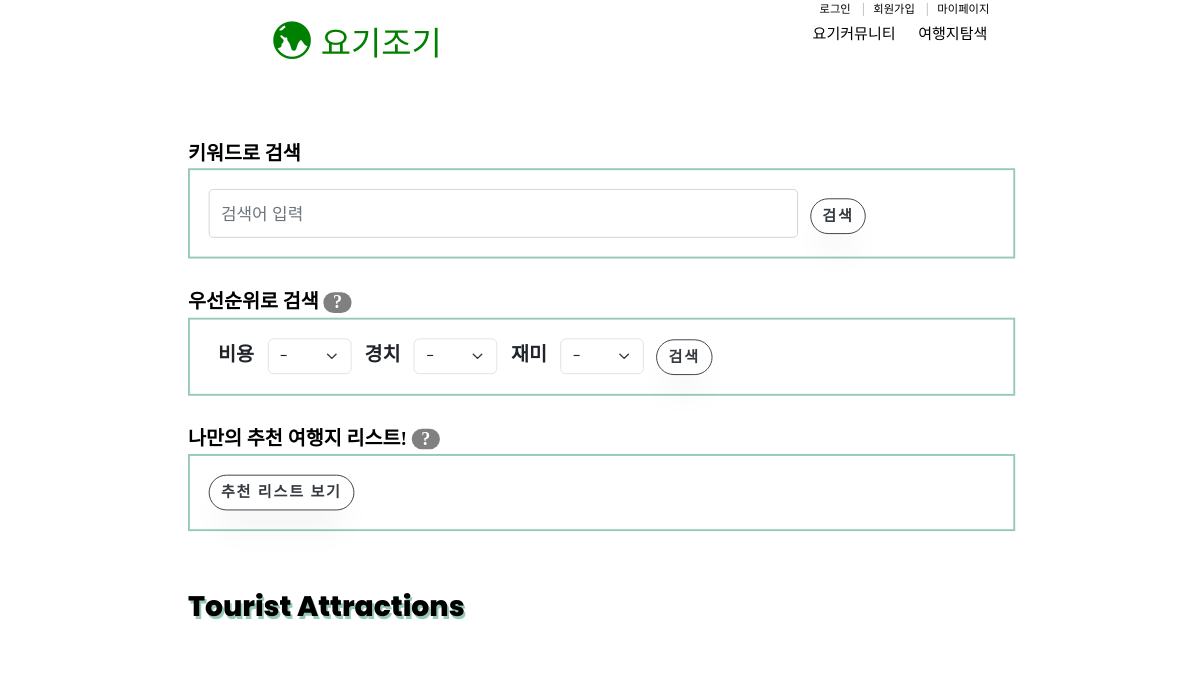
Repository: borikong/yogiproject
Page: http://localhost/yogiproject/Search_main.jsp
The author's editor kept a copy of each file at every save. The page is drawn from the files as they stood at one save, then again after a run of saves.
The browser window is 1280 px wide. The pictures show the whole page, at 94% of full size.
Some icons come from a web library that is not loaded, so they are not drawn. Some web fonts or font styles are not loaded; a fallback is used. Some web libraries are served in a nearby version. The page is served by Tomcat 9. Other server files are loaded and not shown. The template is opened directly, without the code that normally fills it, so the values that code supplies are empty.

Above is the page before, as saved 2023-02-11 17:23:12.
Console error: SyntaxError: Identifier 'navtoggleBtn' has already been declared

### yogiproject/src/main/webapp/Search_main.jsp
<%@ page language="java" contentType="text/html; charset=UTF-8"
	pageEncoding="UTF-8"%>
<!DOCTYPE html>
<html>
<head>
<meta charset="UTF-8">
<link
	href="https://cdn.jsdelivr.net/npm/bootstrap@5.3.0-alpha1/dist/css/bootstrap.min.css"
	rel="stylesheet"
	integrity="sha384-GLhlTQ8iRABdZLl6O3oVMWSktQOp6b7In1Zl3/Jr59b6EGGoI1aFkw7cmDA6j6gD"
	crossorigin="anonymous">
<link href="${pageContext.request.contextPath}/css/search_main.css" rel="stylesheet">
<link rel="stylesheet" href="${pageContext.request.contextPath}/css/style2.css">
<link rel="stylesheet" href="${pageContext.request.contextPath}/css/animate.css">

<title>여행지 조회</title>
</head>

<body data-spy="scroll" data-target=".site-navbar-target"
	data-offset="300">
	<jsp:include page="/navbar/navbar.jsp"></jsp:include>
	<br>
	<br>

	<div class="container">
		<span class="search_head">키워드로 검색</span>&nbsp;

		<form action="GetDestinationList.de" method="post" class="search_form">
			<input class="form-control" type="text" name="keyword"
				placeholder="검색어 입력" aria-label="default input example"
				style="width: 75%; display: inline;"> &nbsp; <input
				class="btn btn-outline-dark" type="submit" id="button-addon2"
				 value="검색">
		</form>


		<br> <span class="search_head">우선순위로 검색&nbsp;<span
			class="tooltip_custom">?<span class="tooltip-content_custom">각
					속성의 우선순위에 따라 가중치를 반영하여 검색합니다. </span></span></span> <br>

		<form action="GetPriorityList.de" method="get" class="search_form">
			<span class="search_sub">비용</span> <select class="form-select"
				name="money" style="width: auto; display: inline;">
				<option selected>-</option>
				<option value="1">1순위</option>
				<option value="2">2순위</option>
				<option value="3">3순위</option>
			</select> <span class="search_sub">경치</span> <select class="form-select"
				name="landscape" style="width: auto; display: inline;">
				<option selected>-</option>
				<option value="1">1순위</option>
				<option value="2">2순위</option>
				<option value="3">3순위</option>
			</select> <span class="search_sub">재미</span> <select class="form-select"
				name="fun" style="width: auto; display: inline;">
				<option selected>-</option>
				<option value="1">1순위</option>
				<option value="2">2순위</option>
				<option value="3">3순위</option>
			</select> &nbsp;
			<button class="btn btn-outline-dark" type="submit"
				>검색</button>
		</form>

		<br> <span class="search_head">나만의 추천 여행지 리스트!&nbsp;<span
			class="tooltip_custom">?<span class="tooltip-content_custom">각
					속성의 우선순위에 따라 가중치를 반영하여 검색합니다. </span></span></span> <br>
		<form action="RecommandList.de" method="get" class="search_form">
			<button class="btn btn-outline-dark" type="submit"
				>추천 리스트 보기</button>
		</form>
	</div>
	<br>
	<br>


	<div class="container">
		<h2 class="heading">Tourist Attractions</h2>
		<jsp:include page="/search/SearchItem.jsp"></jsp:include>
	</div>


	<!-- loader -->
	<div id="ftco-loader" class="show fullscreen">
		<svg class="circular" width="48px" height="48px">
			<circle class="path-bg" cx="24" cy="24" r="22" fill="none"
				stroke-width="4" stroke="#eeeeee" />
			<circle class="path" cx="24" cy="24" r="22" fill="none"
				stroke-width="4" stroke-miterlimit="10" stroke="#F96D00" />
		</svg>
	</div>




</body>
</html>

<script
	src="https://cdn.jsdelivr.net/npm/bootstrap@5.3.0-alpha1/dist/js/bootstrap.bundle.min.js"
	integrity="sha384-w76AqPfDkMBDXo30jS1Sgez6pr3x5MlQ1ZAGC+nuZB+EYdgRZgiwxhTBTkF7CXvN"
	crossorigin="anonymous"></script>

### yogiproject/src/main/webapp/navbar/navbar.jsp
<%@ page language="java" contentType="text/html; charset=UTF-8"
	pageEncoding="UTF-8"%>

<!-- 헤더라인 -->
<link rel="stylesheet" href="${pageContext.request.contextPath}/css/Header.css" />
<script src="${pageContext.request.contextPath}/js/Header.js" defer></script>
<link rel="stylesheet" href="${pageContext.request.contextPath}/css/Header.css" />
<script src="${pageContext.request.contextPath}//js/Header.js" defer></script>
<link rel="stylesheet"
	href="https://cdn.jsdelivr.net/npm/bootstrap-icons@1.10.3/font/bootstrap-icons.css">
<link
	href="https://fonts.googleapis.com/css2?family=Jua&family=Kiwi+Maru&display=swap"
	rel="stylesheet">
<link
	href="https://fonts.googleapis.com/css2?family=Kiwi+Maru&display=swap"
	rel="stylesheet">
<script src="https://kit.fontawesome.com/3e7bdacc74.js"
	crossorigin="anonymous"></script>

<!-- 헤더 -->
<!-- nav_menu로 이름 수정하고 a태그에 nav_a 클래스 추가, css파일변경 -->
<div class="nav_menu">
	<ul style="list-style-type: none">
		<li style="display: inline"><a class="nav_a" href="">로그인</a></li>
		<li style="display: inline"><a class="nav_a" href="">회원가입</a></li>
		<li style="display: inline"><a class="nav_a" href="">마이페이지</a></li>
	</ul>
</div>
<nav class="navbar_yogi">
	<!-- 헤드바  -->

	<div class="navbar_logo">
		<!-- 로고 -->
		<i class="bi bi-globe-central-south-asia"></i>
		<!-- 로고 아이콘 -->
		<a href="">요기조기</a>
		<!-- 로고 눌렀을 때 사이트로 이동 -->
	</div>

	<div class="search_box">
		<!-- 검색창 -->
		<input class="search_txt" type="text" name="" placeholder="검색...">
		<!-- text형식으로 비어있을 땐 검색...보이게 설정 -->
		<a class="search_btn" href="#"> <i class="bi bi-search"></i>
		</a>
	</div>

	<ul class="navbar_menu">
		<!-- 메뉴 -->
		<li><a class="nav_a" href="">요기커뮤니티</a></li>
		<li><a class="nav_a" href="">여행지탐색</a></li>
	</ul>

	<a href="#" class="navbar_toggleBtn"> <!-- 화면 작을 때의 토글바 --> <!-- href에 #을 넣지 않으면 계속 창이 다시 열리게되니 주의 -->
		<i class="bi bi-list"></i>
	</a>
</nav>

### yogiproject/src/main/webapp/search/SearchItem.jsp
<%@page import="java.util.*, net.dest.db.*"%>
<%@ page language="java" contentType="text/html; charset=UTF-8"
	pageEncoding="UTF-8"%>

<link
	href="https://fonts.googleapis.com/css?family=Poppins:100,200,300,400,500,600,700,800,900"
	rel="stylesheet">

<%
request.setCharacterEncoding("utf-8");

Vector<DestVO> list = (Vector<DestVO>) request.getAttribute("destList");
if (list != null) {
	for (int i = 0; i < list.size(); i++) {
		DestVO vo = list.elementAt(i);
		String summary=vo.getDEST_CONTENT();
		if(summary.length()>190){
			summary=summary.substring(0,190);}
%>


<div class="resume-wrap d-flex ftco-animate">
	<div class="text pl-3">

		<!-- 		여행지 이미지 -->
		<img src="<%=vo.getDEST_IMG()%>" class="rounded float-start"
			alt="destimg" id="dest_img" width="400px">

		<!-- 클릭시 여행지 상세페이지 -->
		<form action="GetDestDetailView.de" id="viewForm">
			<input type="hidden" name="dest_name" value="<%=vo.getDEST_NAME()%>">
			<h2 onclick="document.getElementById('viewForm').submit()" id="dest_select">
				<span class="rgyBadge"><%=vo.getDEST_COUNTRY()%></span>&nbsp;<span id="dest_name"><%=vo.getDEST_NAME()%></span>&nbsp;&nbsp;<span
					class="date" id="name_eng"><%=vo.getDEST_NAME_ENG()%></span>
			</h2>
		</form>


		<div>
			<span class="position">비용</span>
			<progress value="<%=vo.getDEST_MONEY() * 100%>" max="100" id="pg"></progress>
		</div>
		<div>
			<span class="position">경치</span>
			<progress value="<%=vo.getDEST_LANDSCAPE() * 100%>" max="100" id="pg"></progress>
		</div>
		<div>
			<span class="position">재미</span>
			<progress value="<%=vo.getDEST_FUN() * 100%>" max="100" id="pg"></progress>
		</div>

		<%-- 				<jsp:include page="pgbar.jsp"></jsp:include> --%>
		<p id="content_preview"><%=summary%>...</p>

<!-- 		하트찜 -->
		<div>
			<a href="javascript:;" class="icon2 heart">&nbsp;&nbsp;
				<img src="https://cdn-icons-png.flaticon.com/512/812/812327.png" alt="찜하기">&nbsp;&nbsp;&nbsp;
			</a>
		</div>
	</div>
</div>


<%
}//end for
}//end if
%>

<script src="${pageContext.request.contextPath}/js/jquery.min.js"></script>
<script src="${pageContext.request.contextPath}/js/jquery-migrate-3.0.1.min.js"></script>
<script src="${pageContext.request.contextPath}/js/jquery.easing.1.3.js"></script>
<script src="${pageContext.request.contextPath}/js/jquery.waypoints.min.js"></script>
<script src="${pageContext.request.contextPath}/js/jquery.stellar.min.js"></script>
<script src="${pageContext.request.contextPath}/js/owl.carousel.min.js"></script>
<script src="${pageContext.request.contextPath}/js/jquery.magnific-popup.min.js"></script>
<script src="${pageContext.request.contextPath}/js/aos.js"></script>
<script src="${pageContext.request.contextPath}/js/jquery.animateNumber.min.js"></script>
<script src="${pageContext.request.contextPath}/js/scrollax.min.js"></script>
<script src="${pageContext.request.contextPath}/js/main.js"></script>
<script>
	$(function() {
		var $likeBtn = $('.icon2.heart');

		$likeBtn
				.click(function() {
					$likeBtn.toggleClass('active');

					if ($likeBtn.hasClass('active')) {
						$(this)
								.find('img')
								.attr(
										{
											'src' : 'https://cdn-icons-png.flaticon.com/512/803/803087.png',
											alt : '찜하기 완료'
										});

					} else {
						$(this).find('i').removeClass('fas').addClass('far')
						$(this)
								.find('img')
								.attr(
										{
											'src' : 'https://cdn-icons-png.flaticon.com/512/812/812327.png',
											alt : "찜하기"
										})
					}
				})
	})
</script>

### yogiproject/src/main/webapp/css/search_main.css
@charset "UTF-8";

.search_head {
	font: bold 1.3rem TmonMonsori;
	/* 	color : #234884; */
	color: black;
}

.search_sub {
	font: bold 1.3rem TmonMonsori;
	padding-left: 10px;
	padding-right: 10px
}

/* 검색창 테두리 */
.search_form {
	padding: 20px;
	border: 2px solid #96C9B7;
}

/* 프로그래스 바  */
progress {
	-webkit-appearance: none;
}

::-webkit-progress-bar {
	border-radius: 9px;
	background-color: #BDDAC9;
}

::-webkit-progress-value {
	border-radius: 9px;
	background-color: #2EA26B;
}

/* 여행지 이름에 마우스 over */
h2#dest_select:hover{
	color:#3e64ff;
	cursor: pointer;
}

#dest_img {
	margin-right: 20px;
	position:relative;
}

/* 여행지 국가 배지 */
.rgyBadge{
	display: inline-block;
	padding: 2px 5px;
	border-radius: 13px;
	color: #000;
	vertical-align: middle;
	font-weight: bold;
	font-size: 1.1rem; /* 배지 폰트 크기 */
	background-color: #F2CB61; /* 배지 색상 */
}

/* 글자 그림자 효과 */
.heading {
	text-shadow: 2px 3px 0 #96C9B7;
	font-weight: 800;
    font-size: 30px;
    margin-bottom: 30px;
    color: #000000;
}

/* view페이지 label */
.view_lable {
	font-weight: 800;
	font-size: 30px;
	margin-bottom: 30px;
	color: #000000;
}

.deep_hr {
	opacity: 1;
}

/* 툴팁:임시 */
.tooltip_custom {
	font-size:1.2rem;
	position: relative;
	display: inline-block;
	background-color: gray;
	border-radius: 15px;
	padding-right: 10px;
	padding-left: 10px;
	color:white;
}

.tooltip_custom  .tooltip-content_custom {
	font-size:0.9rem;
	visibility: hidden;
	width: 450px;
	background-color: #237BFB;
	padding:0;
	color: white;
	text-align: center;
	position: absolute;
	z-index: 1;
	border-radius: 9px;
	margin-left:20px;
/* 	margin-top: 10px; */
}

.tooltip_custom:hover .tooltip-content_custom {
	visibility: visible;
}

a {
  text-decoration:none; color:inherit; cursor: pointer;

}

/* 하트찜 이미지 */
 .right_area .icon2{
    display: flex;
    align-items: center;
    justify-content: center;
    width: calc(100vw * (45 / 1920));
    height: calc(100vw * (45 / 1920));
    border-radius: 50%;
    border: solid 2px #eaeaea;
    background-color: #fff;


}

.icon2.heart img{
    width: calc(100vw * (24 / 1920));
    height: calc(100vw * (24 / 1920));
}

.heart{
    transform-origin: center;
    background-color: rgba(255, 255, 255, 0.8);
	position: absolute; top: 15px; left: 32px; border-radius: 15px;
}
/* 하트찜 애니메이션 */
.heart.active img{
    animation: animateHeart .3s linear forwards;
}

@keyframes animateHeart{
    0%{transform:scale(.2);}
    40%{transform:scale(1.2);}
    100%{transform:scale(1);}
  }

.icon2.heart.fas{
  color:red
}

/* 컨텐츠 미리보기 글자 회색 */
#content_preview, #dest_content{
	color: #999999;
}

/* 비용 경치 재미 글자 */
.position{
	font-size: 18px;
    font-weight: 700;
    color: #000000;
}

/* 상세페이지 여행지 이미지 */
#detail_img{
	width: 18rem;
	margin-right: 1rem;
}

button, input{
	font-size: 1.0rem;
	font-weight: 600;
}

/* .img-thumbnail { */
/*     padding: 0.25rem; */
/*     background-color: #fff; */
/*     border: 1px solid #dee2e6; */
/*     border-radius: 0.25rem; */
/*     max-width: 100%; */
/*     height: auto; */
/* } */

### yogiproject/src/main/webapp/css/Header.css
@charset "UTF-8";

@font-face { /* 요기조기 타이틀 폰트 */
    font-family: 'HSSummer';
    src: url('https://cdn.jsdelivr.net/gh/projectnoonnu/noonfonts_one@1.0/HSSummer.woff') format('woff');
    font-weight: normal;
    font-style: normal;
}

@font-face { /* 메뉴바 폰트 */
    font-family: 'ONE-Mobile-Title';
    src: url('https://cdn.jsdelivr.net/gh/projectnoonnu/noonfonts_2105_2@1.0/ONE-Mobile-Title.woff') format('woff');
    font-weight: normal;
    font-style: normal;
}

body {
	margin: 0; /* 바 사이드 공백 제거 */
}

.nav_a { /* 바 내에 있는 글자구성 */
	text-decoration: none; 			/* 텍스트 밑줄 제거 */
	color: black;					/* 글자색 */
}

.navbar_yogi { /* 바 전체구성 */
	display: flex;					/* 플렉스로 보이게하기 */
	justify-content: space-between;	/* 왼쪽 오른쪽 정렬 */
	align-items: center;			/* 수직축 방향 정렬 */
	background-color: white;		/* 배경색 */
	padding: 8px 17%;				/* 위 8px 옆 250px 공백 */
}

.navbar_logo { /* 바 로고라인 */
	font-size: 40px;				/* 로고 사이즈 */
	color: green;					/* 로고 색상 */
	padding-left: 73px;
}

.navbar_logo a { /* 바 요기조기 */
	font-family: 'HSSummer', sans-serif;	/* 요기조기 글 스타일 변경 */
	font-size: 35px;						/* 요기조기 글 사이즈 */
	color: green;							/* 요기조기 글 색상 */
}

.navbar_menu {	/* 오른쪽 메뉴바 */
	font-family: 'ONE-Mobile-Title', serif;	/* 오른쪽 메뉴바 글 스타일 변경*/
	display: flex;							/* 오른쪽 메뉴바 플렉스로 변경*/
	list-style: none;						/* 리스트 형식이기 때문에 · 있는거 지워주기  */
	padding-left: 0;						/* 메뉴에 있는 여백 지워주기 */
}

.navbar_menu li { /* 메뉴바에 있는 리스트 꾸미기 */
	padding: 8px 12px;				/* 리스트들 사이의 공간할당 */
}

.navbar_menu li:hover {	/* 마우스 올렸을 때 변화 */
	background-color: palegreen;		/* 올렸을 때 색 */
	border-radius: 5px;					/* 올렸을 때 테두리 굴곡 */
}

.navbar_toggleBtn {	/* 메뉴 열고 닫는 토글 설정 */
	display: none;						/* 기본 창사이즈일 경우 토글버튼 나오지 않게 함 */
	position: absolute;					/* 기존 navbar 설정에서 벗어나 자기만의 값으로 설정 */
	right: 32px;						/* 토글을 왼쪽 상단에서 오른쪽 상단으로 이동 */
	font-size: 40px;					/* 토글 사이즈 설정 */
	color: green;
}

@media screen and (max-width: 1150px){ 	/* 바 반응형 레이아웃으로 설정 */
	.navbar_yogi {							/* 바 형식 변환 */
		flex-direction: column;			/* max-width 설정 값보다 낮아지면 column 형식으로 변환 */
		align-items: flex-start;		/* 수평에서 가운데가 아닌 왼쪽으로 놓기 위해 설정 */
		padding: 8px 24px;				/* 이걸 설정하지 않으면 hover가 너무 꽉 채우기 때문에 여유공간할당 */
	}

	.navbar_menu {						/* 바 메뉴 형식 변환 */
		display: none;					/* 화면이 작아졌을 때 바로 메뉴 안 보이게 설정 */
		flex-direction: column;			/* 메뉴도 설정 값보다 낮아지면 column 형식으로 변환 */
		align-items: center;			/* 가운데에 오도록 설정 */
		width: 100%;					/* 기본적으로 메뉴자체 너비가 작기 때문에 설정해줘야 가운데로 이동됨 */
	}

	.navbar_menu li {					/* 메뉴에 마우스 올렸을 때 화면에 꽉차게 설정 */
		width: 100%;					/* 너비를 꽉 채워줌 */
		text-align: center;				/* 텍스트는 너비를 설정하게 되면 왼쪽으로 붙기 때문에 별도 설정필요 */
	}

	.navbar_toggleBtn {					/* 토글 설정 */
		display: block;					/* block 형식으로 설정 */
	}

	.navbar_menu.active {				/* 메뉴 active 확인 */
		display: flex;					/* 토글이 설정되었다면 flex로 보여줌 */
	}

	.nav_menu {
		display: none;
	}
}


.search_box {	/* 검색바 전체구성 */
	padding: 10px;						/* 여백설정 */
	position: absolute;					/* 단독행동 */
	top: 28px;							/* 상단으로부터의 간격설정 */
	left: 33%;						/* 오른쪽에서부터 얼마나 떨어져있을지 설정 */
	border-radius: 50px;				/* 테두리 굴곡 */
	border: 1px solid green;			/* 테두리 값 설정 */
	transition: .5s;					/* 애니메이션 속도 0.5초로 설정 */

}

.search_box:hover {	/* 검색바에 마우스 올렸을 때 효과 */
	box-shadow: 0 0 .5px 1px green;		/* 그림자효과 가로위치 0, 세로위치 0, blur(흐릿함) 0.5, spread(양수=그림자확장, 음수=그림자축소), 색상 연두색 */
}

.search_txt {	/* 검색창 설정 */
	padding: 0;				/* 여백 0 */
	width: 0px;				/* 너비 0 */
	border: none;			/* 테두리 0 */
	outline: none;			/* 바깥선 0 */
	float: left;			/* 왼쪽에 띄워놓기 */
	font-size: 1rem;		/* 폰트사이즈를 1배로 생성 */
	line-height: 15px;		/* 텍스트 라인 높이 설정 */
	transition: .4s;		/* 애니메이션 속도 0.4초로 설정 */
}

.search_box:hover > .search_txt {	/* search_box에 마우스를 올렸을 때 search_txt 값 변경 */
	padding:  0 6px;
	width: 450px;
}


.search_btn {
	text-decoration: none;	/* 선으로 텍스트를 꾸밀 수 있게해줌 */
	display: flex;			/* 플렉스로 설정 */
	justify-content: center;/* 플렉스 요소의 수평방향 정렬 방식 설정 */
	align-items: center;	/* 수직방향 가운데로 설정 */
	width: 15px;
	height: 15px;
	border-radius: 30px;
}

.nav_menu ul {
	font-family: 'ONE-Mobile-Title', serif;
	font-size: 12px;
	position: absolute;
	list-style-type: none;
	right:17%;

}

.nav_menu ul li {
	display: inline;
	border-left: 1px solid #c0c0c0;
	padding: 0px 10px 0px 10px;
	margin: 5px 0px 5px 0px;
}

.nav_menu ul li:first-child {
	border-left: none;
}

@media screen and (max-width: 1550px){
	.search_box {
		display: none;
	}
}

### yogiproject/src/main/webapp/js/Header.js
const navtoggleBtn = document.querySelector('.navbar_toggleBtn');	// js파일에 토글버튼 연결 객체 생성
const menu = document.querySelector('.navbar_menu');		// 마찬가지로 메뉴 객체 생성

navtoggleBtn.addEventListener('click', ()=>{ 	// 클릭할 때마다 지정한 함수를 호출해 달라는 세팅
	menu.classList.toggle('active');		// 마우스를 클릭했을 때 클래스가 active가 없다면 active를 넣어주고 있으면 active를 빼주는 설정
});

### yogiproject/src/main/webapp/navbar/footer.jsp
<%@ page language="java" contentType="text/html; charset=UTF-8"
    pageEncoding="UTF-8"%>
<!DOCTYPE html>
<html>
<head>
<meta charset="UTF-8">
<title>Insert title here</title>
</head>
<body>
	<footer class="ftco-footer ftco-section">
		<div class="container">
			<div class="row">
				<div class="col-md-12 text-center">
					Copyright &copy;
					<p>icon made by Pixel perfect from www.flaticon.com</p>
					<p>
						<script>
							document.write(new Date().getFullYear());
						</script>
						All rights reserved | This template is made with <i
							class="icon-heart color-danger" aria-hidden="true"></i> by <a
							href="https://colorlib.com" target="_blank">Colorlib</a>
					</p>
				</div>
			</div>
		</div>
	</footer>
</body>
</html>

Loaded but not shown: yogiproject/src/main/webapp/css/style2.css (library); yogiproject/src/main/webapp/css/animate.css (library); yogiproject/src/main/webapp/js/jquery.min.js (library); yogiproject/src/main/webapp/js/jquery-migrate-3.0.1.min.js (library); yogiproject/src/main/webapp/js/jquery.easing.1.3.js (library); yogiproject/src/main/webapp/js/jquery.waypoints.min.js (library); yogiproject/src/main/webapp/js/jquery.stellar.min.js (library); yogiproject/src/main/webapp/js/owl.carousel.min.js (library); yogiproject/src/main/webapp/js/jquery.magnific-popup.min.js (library); yogiproject/src/main/webapp/js/aos.js (library); yogiproject/src/main/webapp/js/jquery.animateNumber.min.js (common file); yogiproject/src/main/webapp/js/scrollax.min.js (library); yogiproject/src/main/webapp/js/main.js (441 lines, source omitted)

After the next 4 saves:
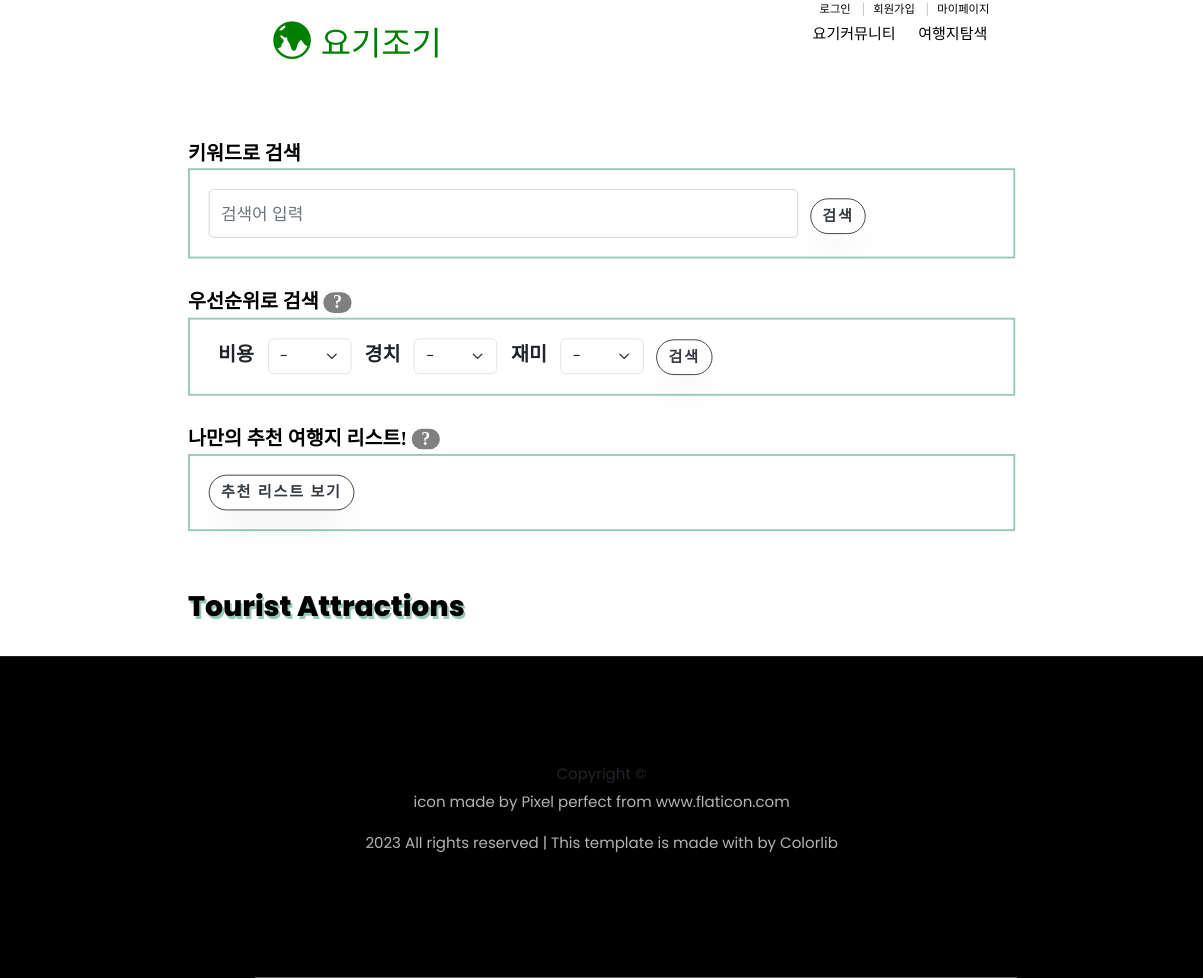
The 4 saves are shown as one change because 3 did not build or start.
The last was saved 2 min 11 s later.
--- a/yogiproject/src/main/webapp/Search_main.jsp
+++ b/yogiproject/src/main/webapp/Search_main.jsp
@@ -90,7 +90,7 @@
 		</svg>
 	</div>
 
-
+<jsp:include page="/navbar/footer.jsp"></jsp:include>
 
 
 </body>
